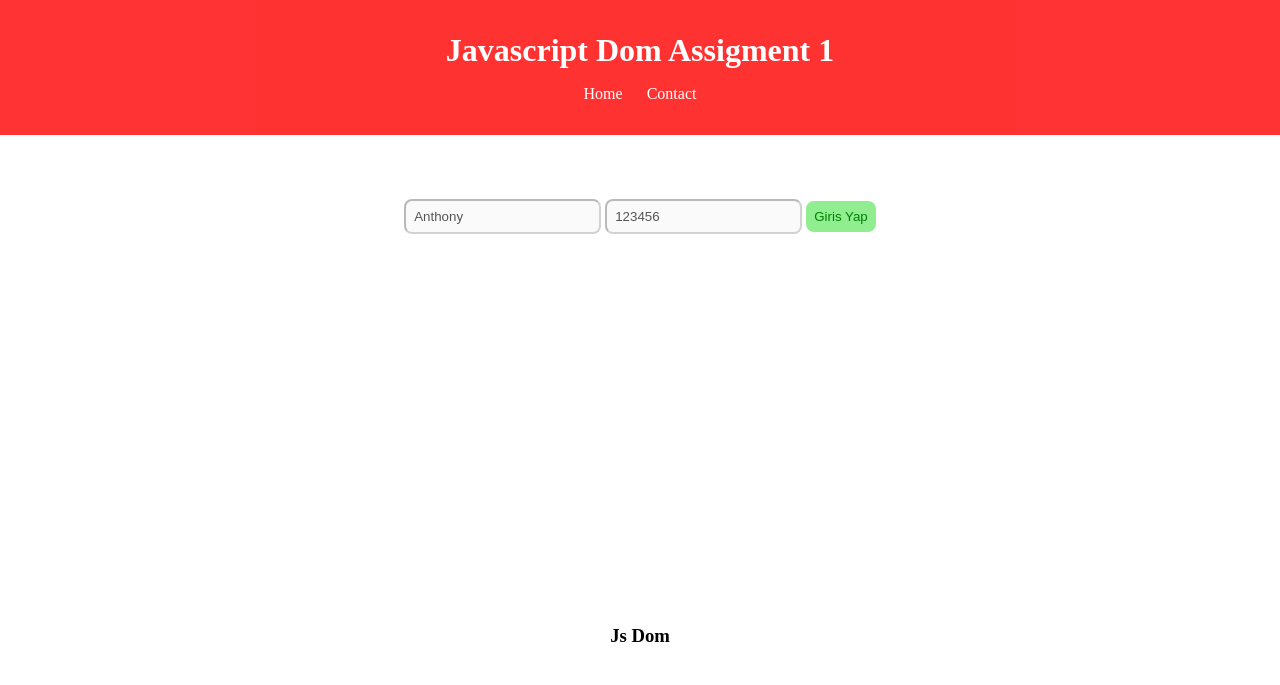
Repository: haakanerol/haakanerol
Page: Js.ass1/index.html
These files come from the project's save history. The page is drawn as it stood at one moment and after a run of saves; the edit follows.
The browser window is 1280 px wide. The pictures show the whole page.

Above is the page before, as saved 2024-02-25 16:25:57.

### Js.ass1/index.html
<!DOCTYPE html>
<html lang="en">
<head>
    <meta charset="UTF-8">
    <meta name="viewport" content="width=device-width, initial-scale=1.0">
    <title>Document</title>
    <style>
        * {
            margin: 0;
            padding: 0;
            box-sizing: border-box;
        }
        main {
            display: flex;
            flex-direction: column;
            justify-content: space-between;
            align-items: center;
            height: 80vh;
            padding: 4rem;
        }
    </style>
</head>
<body>
    <header class="header">
        <h1 id="title">aaa</h1>
        <nav>
            <ul class="nav-item">
                <li id="home">Home</li>
                <li>Contact</li>
            </ul>
        </nav>
    </header>
    <main>
        <section>
            <input type="text" id="username">
            <input type="password" id="password">
            <button class="btn">Login</button>
        </section>
        <section id="projects">
            <h3>Projects</h3>
            <ul>
            </ul>
        </section>
    </main>
    <script src="app.js"></script>
</body>
</html>

### Js.ass1/app.js
newHeader = document.querySelector(".header")
newHeader.style.backgroundColor = "red"
newHeader.style.opacity = "0.8"
newHeader.style.color = "white"
newHeader.style.textAlign = "center"
newHeader.style.padding = "2rem"

newTitle = document.getElementById("title")
newTitle.textContent = "Javascript Dom Assigment 1"
newTitle.style.marginBottom = "1rem"

newNavItem = document.querySelector(".nav-item")
newNavItem.style.display = "flex"
newNavItem.style.justifyContent = "center"
newNavItem.style.gap = "1.5rem"
newNavItem.style.listStyle = "none"

newUsername = document.querySelector("#username")
newPassword = document.querySelector("#password")
newUsername.value = "Anthony"
newPassword.value = "123456"
newPassword.type = "number"
newUsername.disabled = "true"
newPassword.disabled = "true"
newUsername.style.padding = ".5rem"
newUsername.style.borderRadius = ".5rem"
newPassword.style.padding = ".5rem"
newPassword.style.borderRadius = ".5rem"

newBtn = document.querySelector(".btn")
newBtn.style.backgroundColor = "lightgreen"
newBtn.style.color = "green"
newBtn.style.padding = " .5rem"
newBtn.style.border = "none"
newBtn.style.borderRadius = ".5rem"
newBtn.style.cursor = "pointer"
newBtn.textContent = " Giris Yap"

newProjects = document.getElementById("projects")
newProjects.firstElementChild.textContent = "Js Dom "

After the next 2 saves:
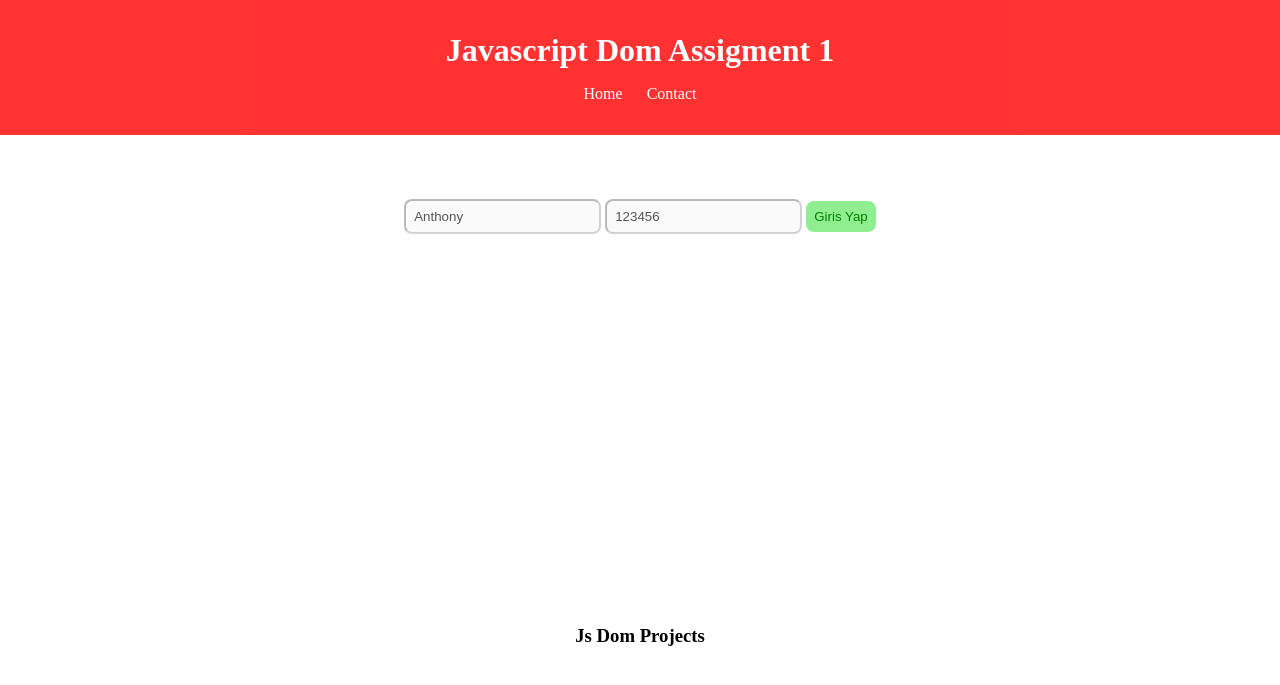
The 2 saves are shown as one change because they came seconds apart.
The last was saved 6 s later.
--- a/Js.ass1/app.js
+++ b/Js.ass1/app.js
@@ -37,4 +37,4 @@ newBtn.style.cursor = "pointer"
 newBtn.textContent = " Giris Yap"
 
 newProjects = document.getElementById("projects")
-newProjects.firstElementChild.textContent = "Js Dom "
+newProjects.firstElementChild.textContent = "Js Dom Projects"
